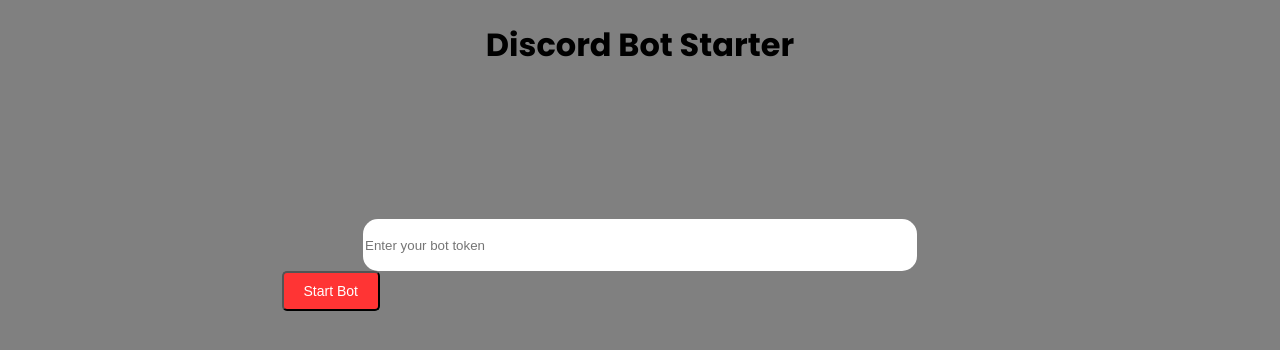
Repository: ranger2202/discord-bot-panel
Page: ranger-bot-runner/app/templates/landing.html
These files come from the project's save history. The page is drawn as it stood at one moment and after a run of saves; the edit follows.
The browser window is 1280 px wide. The pictures show the whole page.

Above is the page before, as saved 2023-12-30 12:11:29.

### ranger-bot-runner/app/templates/landing.html
<!DOCTYPE html>
<html lang="en">
<head>
    <meta charset="UTF-8">
    <meta name="viewport" content="width=device-width, initial-scale=1.0">
    <link rel="stylesheet" href="./../static/landing.css">
    <link rel="preconnect" href="https://fonts.googleapis.com">
    <link rel="preconnect" href="https://fonts.gstatic.com" crossorigin>
    <link href="https://fonts.googleapis.com/css2?family=Poppins:wght@400;500;600;700&display=swap" rel="stylesheet">
    <title>Discord Bot Starterqwrqwr</title>
</head>
<body>
    <h1 class="bot-header">Discord Bot Starter</h1>
    <div class="bot-token">
        <input class="bot-token-password" type="password" id="token" placeholder="Enter your bot token">
    </div>
    <div class="start-button">
        <button class="start-button" onclick="startBot()">Start Bot</button>
    </div>


    <script type="text/javascript" src="./../static/js/app.js"></script>
</body>
</html>

### ranger-bot-runner/app/static/landing.css
body {
    background-color: grey;
    padding: 0;
    margin: 0;
    font-family: 'Poppins', sans-serif;
}
.start-button button{
    position: absolute;
    right: 900px;
    display: inline-block;
    padding: 10px 20px;
    font-size: 14px;
    text-decoration: none;
    color: #ffffff;
    background-color: #FF3434;
    border-radius: 5px;
    transition: background-color 0.3s ease-in-out;
}
.bot-header{
    display: flex;
    justify-content: center;
}
.bot-token{
    display: flex;
    justify-content: center;
    margin-top: 150px;
}
.bot-token-password{
    width: 550px;
    height: 50px;
    border-radius: 15px;
    color: #000;
    border: none;

}

### ranger-bot-runner/app/static/js/app.js
function startBot() {
  var token = document.getElementById('token').value;
  fetch('/start_bot', {
      method: 'POST',
      headers: {
          'Content-Type': 'application/json',
      },
      body: JSON.stringify({ bot_token: token }),  // Adjusted to match server expectation
  })
  .then(response => response.json())
  .then(data => {
      alert(data.message);  // Display the server response message
  })
  .catch(error => {
      alert('There was an error somewhere.');
  });
}

After the next 2 saves:
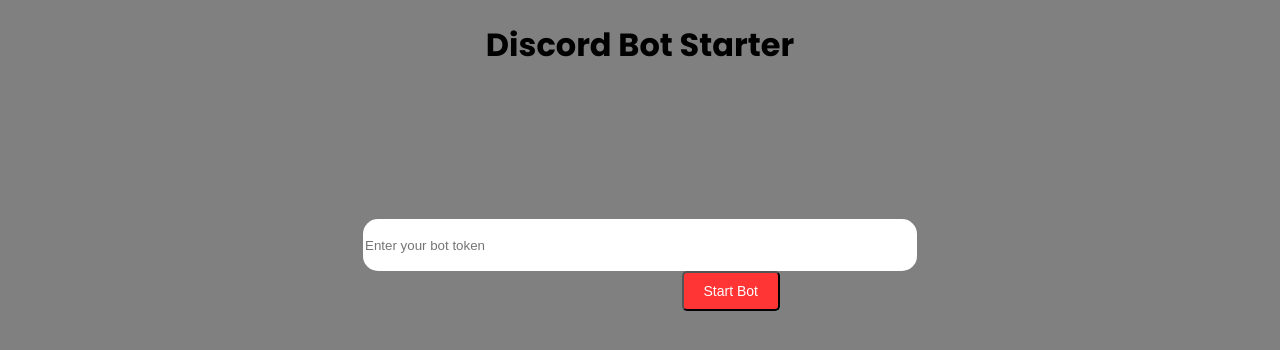
The 2 saves are shown as one change because they came seconds apart.
The last was saved 5 s later.
--- a/ranger-bot-runner/app/static/landing.css
+++ b/ranger-bot-runner/app/static/landing.css
@@ -6,7 +6,7 @@
 }
 .start-button button{
     position: absolute;
-    right: 900px;
+    right: 500px;
     display: inline-block;
     padding: 10px 20px;
     font-size: 14px;
